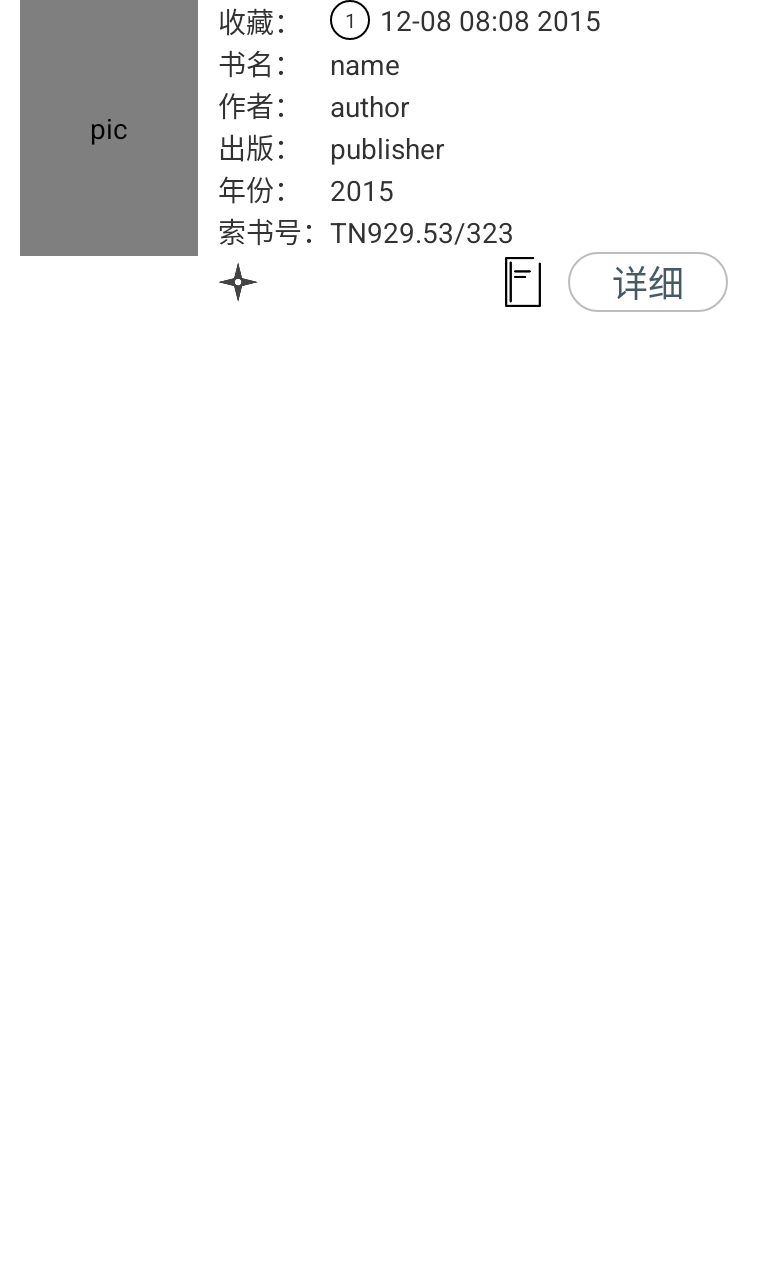
Repository: zhuyue1314/SysuLibrary
Layout: SysuLibrary-android/SysuMobileLibrary/res/layout/like_book_list_item.xml
An editor plug-in stored every save of this project. The layout is shown before and after the next save, followed by the edit.
Pictures or frames that could not be fetched are drawn as grey boxes. It is drawn on a 768 x 1280 px phone screen (xhdpi) without system bars, with theme AppTheme; the app's code is not run.

Above is the layout before, as saved 2015-12-30 10:41:16.

After the next save:
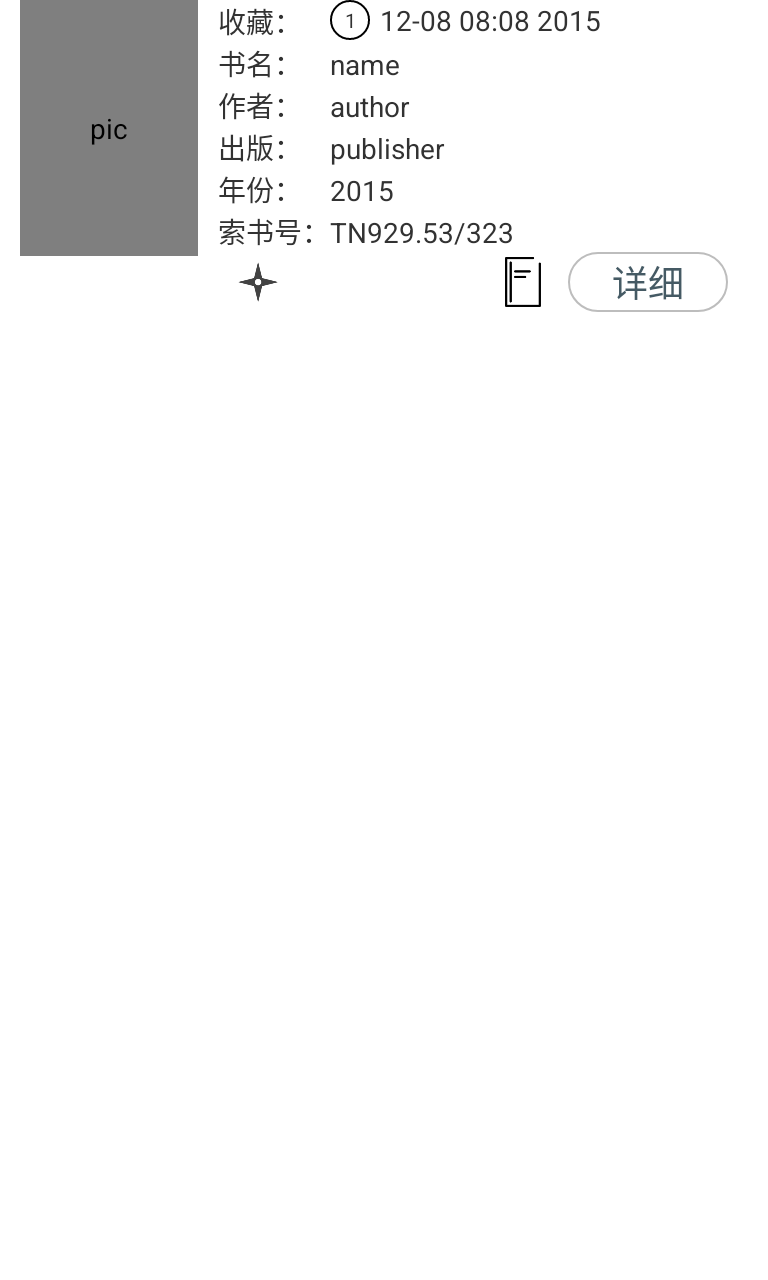
Saved 66 s later.
--- a/SysuLibrary-android/SysuMobileLibrary/res/layout/like_book_list_item.xml
+++ b/SysuLibrary-android/SysuMobileLibrary/res/layout/like_book_list_item.xml
@@ -161,7 +161,7 @@
                     android:layout_height="20dp"
                     android:layout_alignParentLeft="true"
                     android:layout_centerVertical="true"
-                    android:layout_marginLeft="10dp"
+                    android:layout_marginLeft="20dp"
                     android:src="@drawable/ic_delete" />
 
                 <TextView
